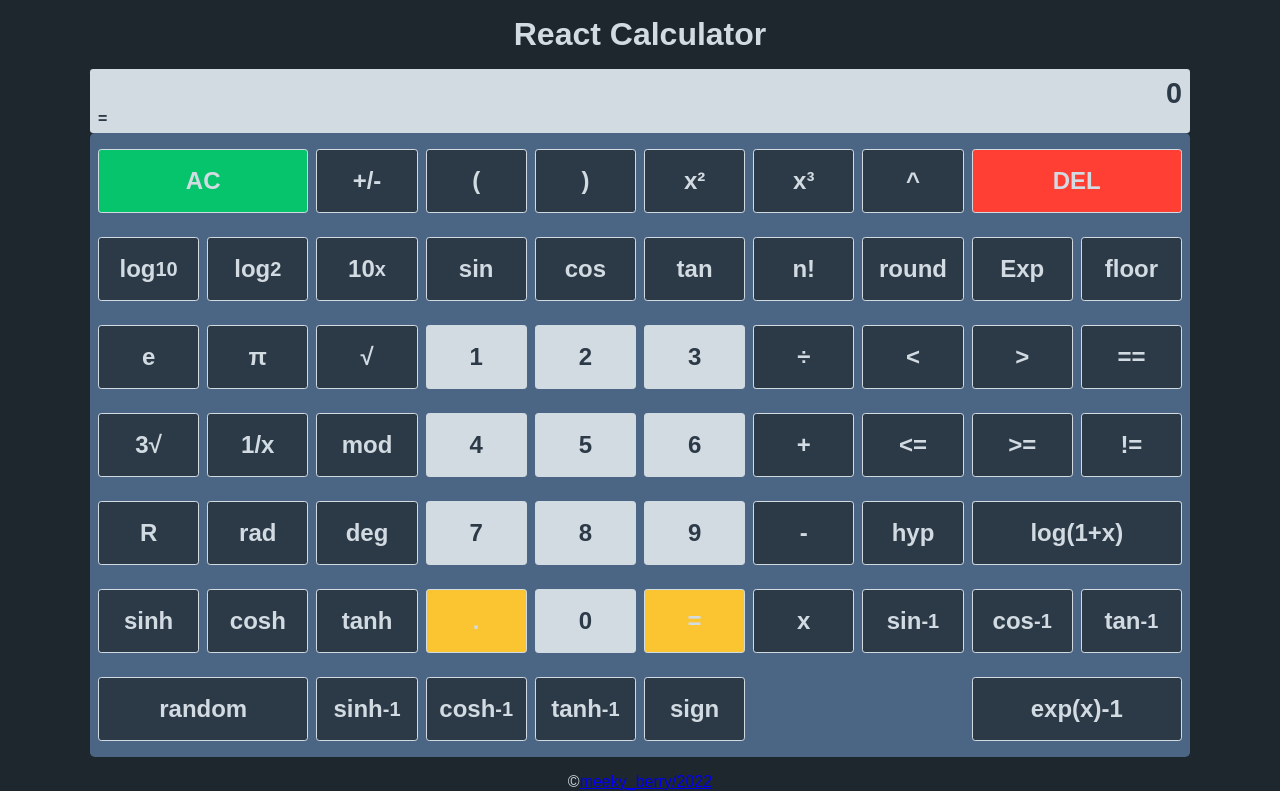
Repository: MikkyPrestige/calculator
Page: /
These files come from the project's save history. The page is drawn as it stood at one moment and after the next save; the edit follows.
The browser window is 1280 px wide. The pictures show the whole page.
The project was rebuilt for these pictures with package versions that can differ from the ones it lists, and the page was loaded fresh each time.

Above is the page before, as saved 2022-11-17 23:08:43.

### src/index.css
* {
  margin: 0;
  padding: 0;
  box-sizing: border-box;
}

body {
  font-family: 'Poppins', sans-serif;
  background: #1e272e;
}

.heading {
  color: #d2dae2;
  text-align: center;
  margin: 1rem;
}

.app-container {
  width: 100%;
  max-width: 1100px;
  margin: 1rem auto;
}

.display {
  background-color: #d2dae2;
  color: #2C3A47;
  height: 4rem;
  font-size: 1.8rem;
  font-weight: 700;
  display: flex;
  flex-direction: column;
  padding: .5rem;
  border-radius: .2rem;
}

.display-calc {
  display: flex;
  justify-content: flex-end;
  align-items: center;
}

.display-result {
  display: flex;
  justify-content: flex-start;
  align-items: center;
  font-size: 1rem;
  font-weight: 700;
}

.operators {
  display: grid;
  grid-template-columns: repeat(10, 1fr);
  grid-gap: .5rem;
  padding: .5rem;
  border-radius: .3rem;
  background-color: #4b6584;
  -webkit-border-radius: .3rem;
  -moz-border-radius: .3rem;
  -ms-border-radius: .3rem;
  -o-border-radius: .3rem;
}

.operator {
  background-color: #2C3A47;
  color: #d2dae2;
  font-size: 1.5rem;
  font-weight: 700;
  height: 4rem;
  display: flex;
  justify-content: center;
  align-items: center;
  border-radius: .2rem;
  border: 1px solid #d2dae2;
  margin: .5rem 0;
}

.operator:hover {
  background-color: #d2dae2;
  color: #2C3A47;
  cursor: pointer;
}

.operator:active {
  background-color: #2C3A47;
  color: #d2dae2;
}

.digit {
  background-color: #d2dae2;
  color: #2C3A47;
  font-size: 1.5rem;
  font-weight: 700;
  height: 4rem;
  display: flex;
  justify-content: center;
  align-items: center;
  border-radius: .2rem;
  border: 1px solid #d2dae2;
  margin: .5rem 0;
}

.digit:hover {
  background-color: #2C3A47;
  color: #d2dae2;
  cursor: pointer;
}

.digit:active {
  background-color: #d2dae2;
  color: #2C3A47;
}

.clear {
  background-color: #05c46b;
  color: #d2dae2;
  grid-column: 1 / 3;
  grid-row: 1 / 2;
}

.clear:hover {
  background-color: #d2dae2;
  color: #05c46b;
}

.clear:active {
  background-color: #05c46b;
  color: #d2dae2;
}

.delete {
  background-color: #ff3f34;
  color: #d2dae2;
  grid-column: 9 / -1;
  grid-row: 1 / 2;
}

.delete:hover {
  background-color: #d2dae2;
  color: #ff3f34;
}

.delete:active {
  background-color: #ff3f34;
  color: #d2dae2;
}

.equalTo {
  background-color: #fbc531;
  color: #d2dae2;
  grid-column: 6 / 7;
  grid-row: 6 / 7;
}

.equal:hover {
  background-color: #d2dae2;
  color: #fbc531;
}

.equal:active {
  background-color: #fbc531;
  color: #d2dae2;
}

.divide {
  grid-column: 7 / 8;
  grid-row: 3 / 4;
}

.greater {
  grid-column: 8 / 9;
  grid-row: 3 / 4;
}

.less {
  grid-column: 9 / 10;
  grid-row: 3 / 4;
}

.equal {
  grid-column: 10 / 11;
  grid-row: 3 / 4;
}

.greaterTo {
  grid-column: 8 / 9;
  grid-row: 4 / 5;
}

.lessTo {
  grid-column: 9 / 10;
  grid-row: 4 / 5;
}

.notequal {
  grid-column: 10 / 11;
  grid-row: 4 / 5;
}

.plus {
  grid-column: 7 / 8;
  grid-row: 4 / 5;
}

.cubeRoot {
  grid-column: 1 / 2;
  grid-row: 4 / 5;
}

.reciprocal {
  grid-column: 2 / 3;
  grid-row: 4 / 5;
}

.modulo {
  grid-column: 3 / 4;
  grid-row: 4 / 5;
}

.radius {
  grid-column: 1 / 2;
  grid-row: 5 / 6;
}

.radian {
  grid-column: 2 / 3;
  grid-row: 5 / 6;
}

.degree {
  grid-column: 3 / 4;
  grid-row: 5 / 6;
}

.minus {
  grid-column: 7 / 8;
  grid-row: 5 / 6;
}

.hyp {
  grid-column: 8 / 9;
  grid-row: 5 / 6;
}

.log {
  grid-column: 9 / 11;
  grid-row: 5 / 6;
}

.sinH {
  grid-column: 1 / 2;
  grid-row: 6 / 7;
}

.cosH {
  grid-column: 2 / 3;
  grid-row: 6 / 7;
}

.tanH {
  grid-column: 3 / 4;
  grid-row: 6 / 7;
}

.random {
  grid-column: 1 / 3;
  grid-row: 7 / 8;
}

.exp {
  grid-column: 9 / -1;
  grid-row: 7 / 8;
}

.dot {
  background-color: #fbc531;
  color: #d2dae2;

}

.attribution {
  color: #d2dae2;
  text-align: center;
}

Loaded but not shown: public/index.html (common file); src/index.js (common file); src/App.js (742 lines, source omitted)

After the next save:
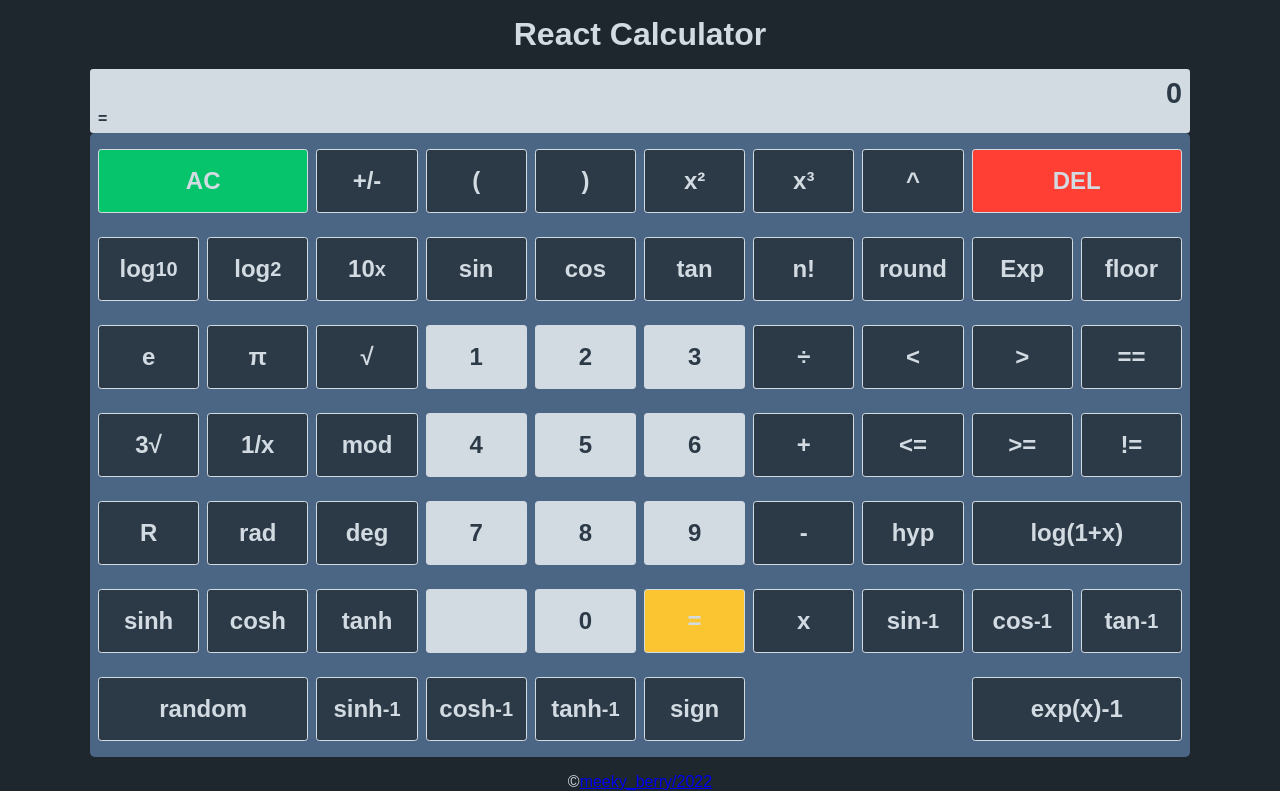
Saved 21 s later.
--- a/src/index.css
+++ b/src/index.css
@@ -272,8 +272,8 @@ body {
 }
 
 .dot {
-  background-color: #fbc531;
-  color: #d2dae2;
+  background-color: #d2dae2;
+  /* color: #d2dae2; */
 
 }
 
